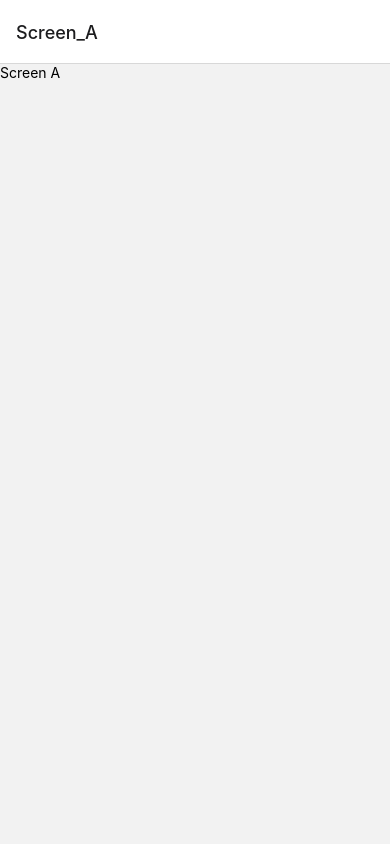
Repository: ntu34543/Navigation
Screen: /
The author's editor kept a copy of each file at every save. The screen is drawn from the files as they stood at one save, then again after a run of saves.
The app was drawn by React Native's web renderer in a window 390 px wide. The project was rebuilt for these pictures with package versions that can differ from the ones it lists, and the page was loaded fresh each time.

Above is the screen before, as saved 2022-09-18 16:50:18.

### App.js
import { StatusBar } from 'expo-status-bar';
import { StyleSheet, Text, View } from 'react-native';
import { NavigationContainer } from '@react-navigation/native';
import { createStackNavigator } from '@react-navigation/stack';

const Stack = createStackNavigator();

function ScreenA(){
  return(
    <View>
      <Text>
        Screen A
      </Text>
    </View>
  )
}

export default function App() {
  return (
    <NavigationContainer>
      <Stack.Navigator>
        <Stack.Screen
        name="Screen_A"
        component={ ScreenA }
        />
      </Stack.Navigator>
    </NavigationContainer>
  )
}

const styles = StyleSheet.create({
  body: {
    flex: 1,
    justifyContent: 'center',
    alignItems: 'center',
  },
})

After the next 3 saves:
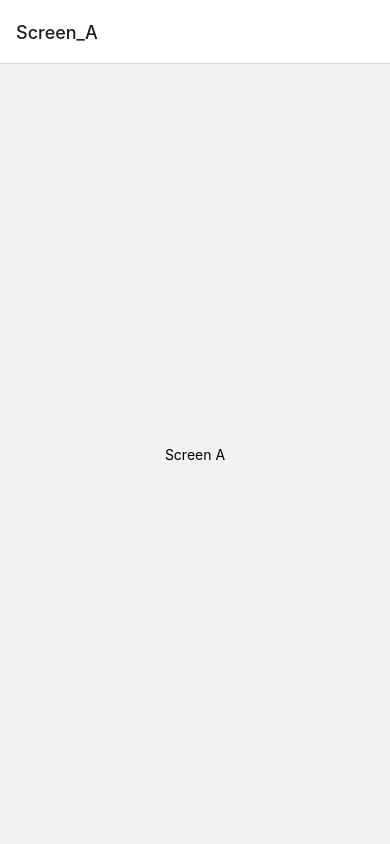
The 3 saves are shown as one change because they came seconds apart.
The last was saved 14 s later.
--- a/App.js
+++ b/App.js
@@ -7,7 +7,7 @@ const Stack = createStackNavigator();
 
 function ScreenA(){
   return(
-    <View>
+    <View style={styles.body}>
       <Text>
         Screen A
       </Text>
